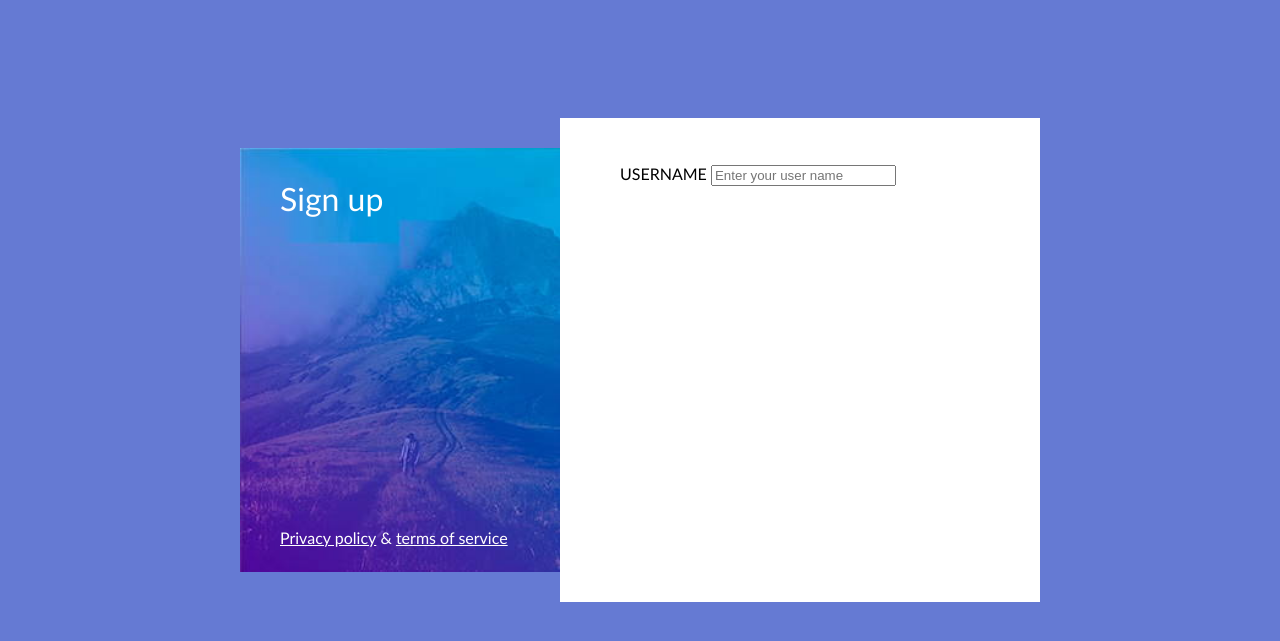
Repository: RugileG/registracijos-forma
Page: index.html
The author's editor kept a copy of each file at every save. The page is drawn from the files as they stood at one save, then again after the next save.
The browser window is 1280 px wide. The pictures show the whole page.

Above is the page before, as saved 2021-05-18 10:19:56.

After the next save:
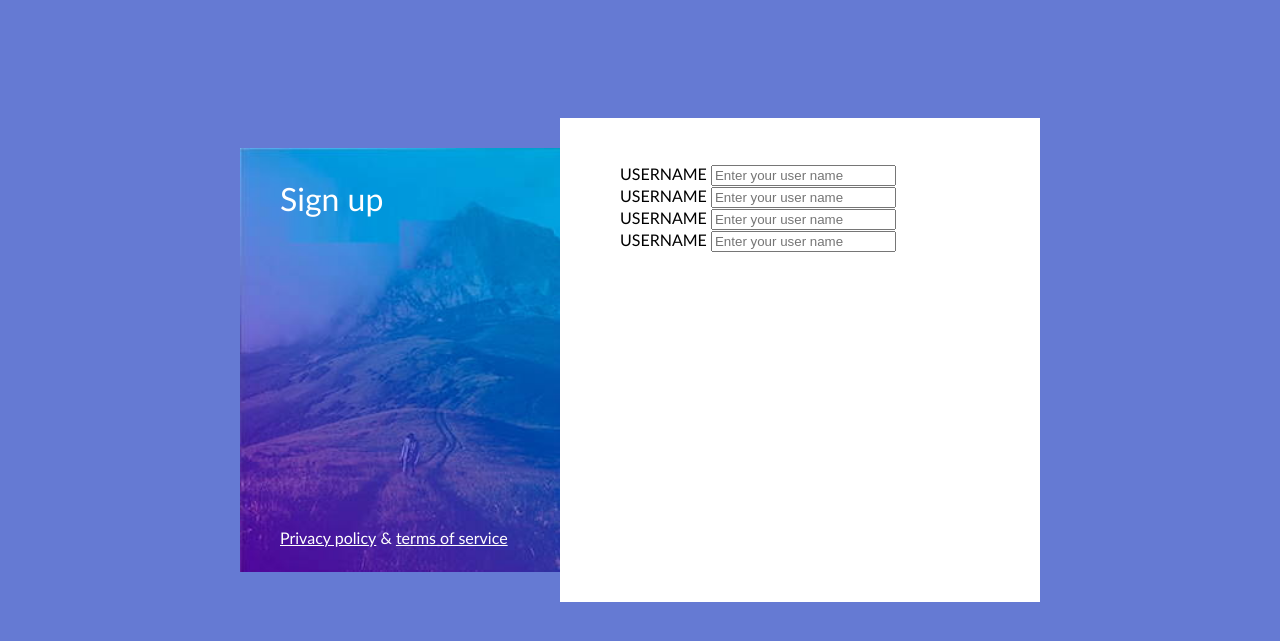
Saved 89 s later.
--- a/index.html
+++ b/index.html
@@ -101,6 +101,18 @@
                     <label for='username'>USERNAME</label>
                     <input placeholder='Enter your user name' type='text' id='username' name='username' />
                 </div>
+                <div class='input'>
+                    <label for='username'>USERNAME</label>
+                    <input placeholder='Enter your user name' type='text' id='username' name='username' />
+                </div>
+                <div class='input'>
+                    <label for='username'>USERNAME</label>
+                    <input placeholder='Enter your user name' type='text' id='username' name='username' />
+                </div>
+                <div class='input'>
+                    <label for='username'>USERNAME</label>
+                    <input placeholder='Enter your user name' type='text' id='username' name='username' />
+                </div>
             </div>
         </div>
     </div>
